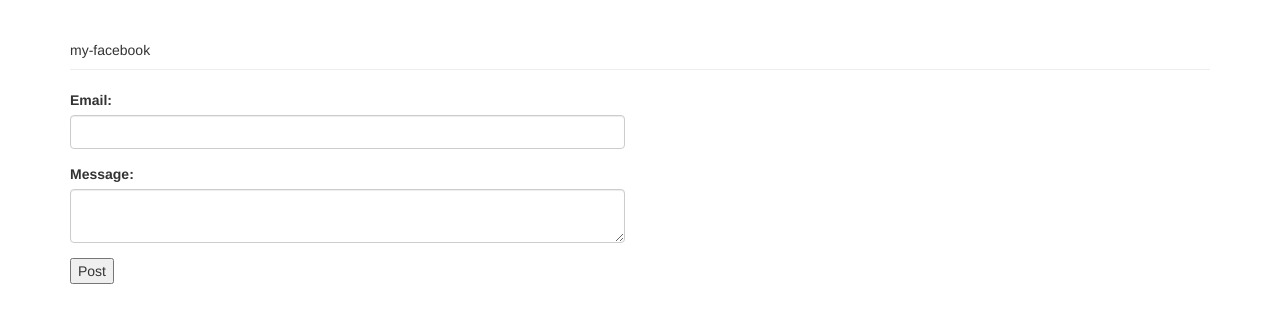
Repository: nagabhushanamn/itc-batch
Page: new/my-facebook/WebContent/index.html
The author's editor kept a copy of each file at every save. The page is drawn from the files as they stood at one save, then again after the next save.
The browser window is 1280 px wide. The pictures show the whole page.

Above is the page before, as saved 2017-03-18 10:37:02.

### new/my-facebook/WebContent/index.html
<!DOCTYPE html>
<html>
<head>
<meta charset="UTF-8">
<title>my-facebook</title>
<link href="css/bootstrap.css" rel="stylesheet">
</head>
<body class="container">

	<div class="page-header">my-facebook</div>

	<div class="row">

		<div class="col-sm-6">

			<form action="">
				<div class="form-group">
					<label>Email:</label>
					<input class="form-control"/>
				</div>
				<div class="form-group">
					<label>Message:</label>
					<textarea class="form-control"></textarea>
				</div>
				<button type="submit">Post</button>
			</form>

		</div>

	</div>


</body>
</html>

Loaded but not shown: new/my-facebook/WebContent/css/bootstrap.css (library)

After the next save:
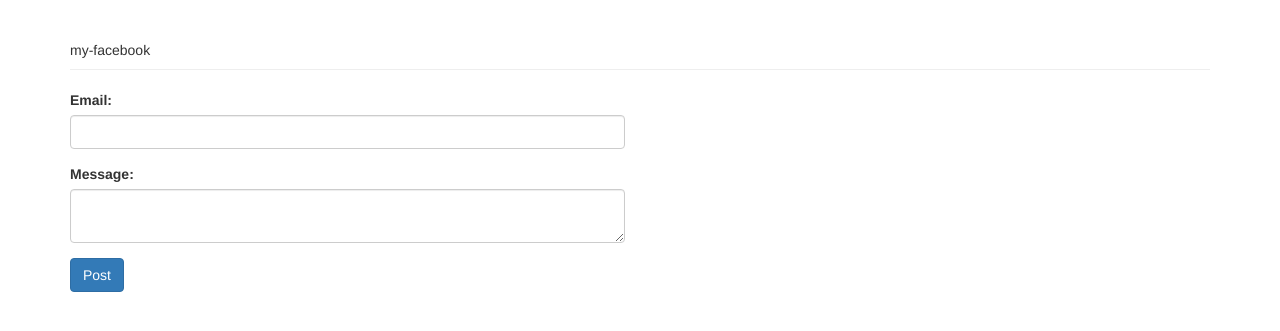
Saved 11 s later.
--- a/new/my-facebook/WebContent/index.html
+++ b/new/my-facebook/WebContent/index.html
@@ -22,7 +22,7 @@
 					<label>Message:</label>
 					<textarea class="form-control"></textarea>
 				</div>
-				<button type="submit">Post</button>
+				<button type="submit" class="btn btn-primary">Post</button>
 			</form>
 
 		</div>
